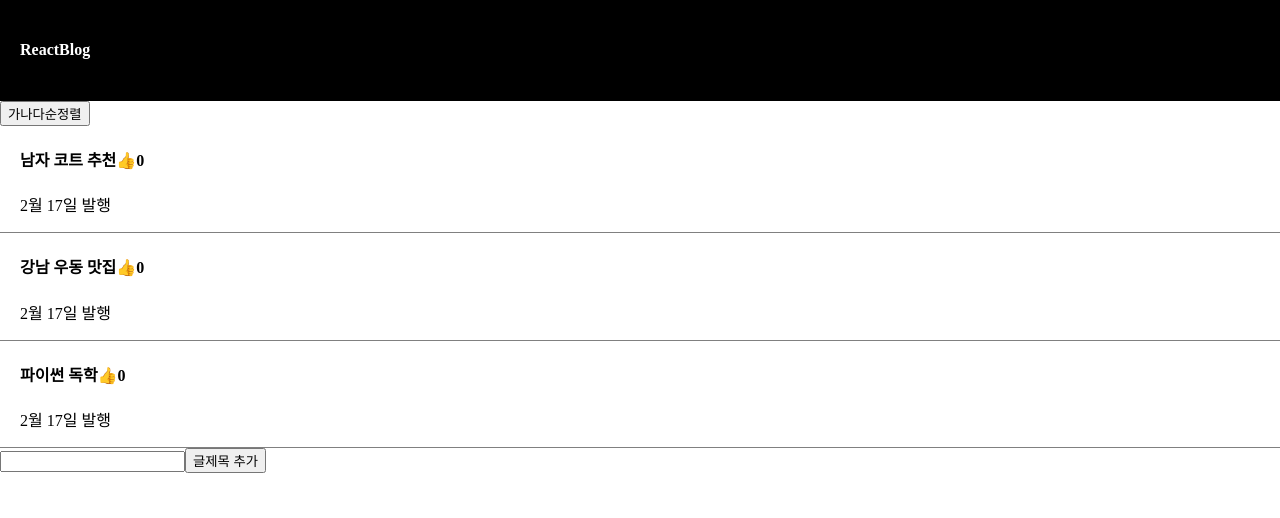
Repository: thinkseaweave/applecoding
Page: /
The author's editor kept a copy of each file at every save. The page is drawn from the files as they stood at one save, then again after the next save.
The browser window is 1280 px wide. The pictures show the whole page.
The project was rebuilt for these pictures with package versions that can differ from the ones it lists, and the page was loaded fresh each time. Also part of the build but not shown: vite.config.js, src/index.css.

Above is the page before, as saved 2025-01-30 01:51:57.

After the next save:
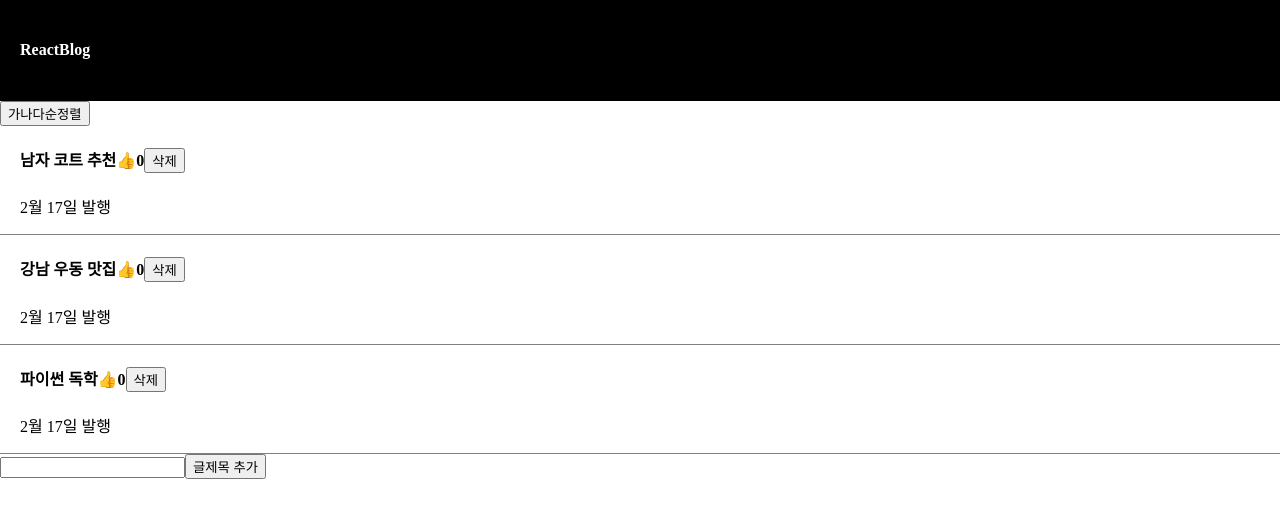
Saved 4 min 25 s later.
--- a/src/App.jsx
+++ b/src/App.jsx
@@ -51,6 +51,18 @@ function App() {
                 👍
               </span>
               {따봉[index]}
+              <button
+                onClick={(event) => {
+                  //event.stopPropagation();
+                  const 글제목copy = [
+                    ...글제목.slice(0, index - 1),
+                    ...글제목.slice(index + 1, 글제목.length),
+                  ];
+                  글제목copy;
+                }}
+              >
+                삭제
+              </button>
             </h4>
             <p> 2월 17일 발행</p>
           </div>
